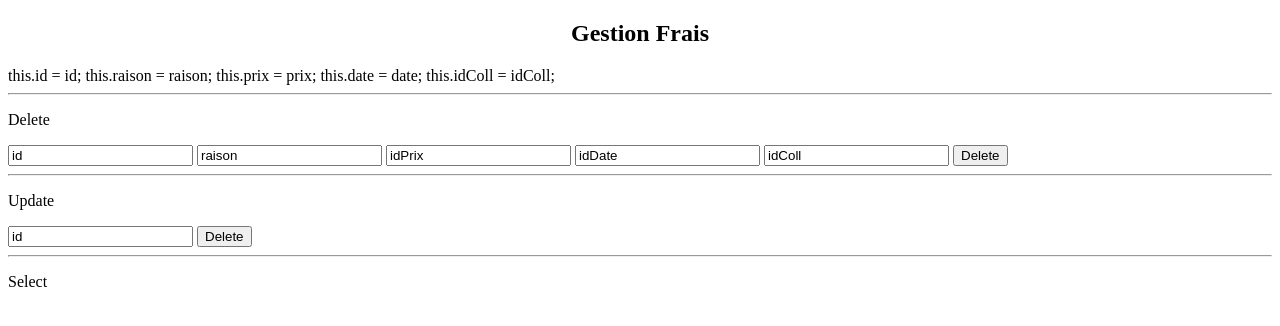
Repository: Shakibaei-2020/cra_spring_web
Page: http://localhost/cra/WEB-INF/view/AdminGestionFrais.jsp
These files come from the project's save history. The page is drawn as it stood at one moment and after the next save; the edit follows.
The browser window is 1280 px wide. The pictures show the whole page.
The page is served by Tomcat 9. Nobody is signed in. Other server files are loaded and not shown. The template is opened directly, without the code that normally fills it, so the values that code supplies are empty.

Above is the page before, as saved 2021-04-22 10:11:57.

### Wrokspace Spring Projet Web/cra/src/main/webapp/WEB-INF/view/AdminGestionFrais.jsp
<%@ page language="java" contentType="text/html; charset=ISO-8859-1"
    pageEncoding="ISO-8859-1"%>
<!DOCTYPE html>
<html>
<head>
<meta charset="ISO-8859-1">
<title>Insert title here</title>
</head>
<body>
<center><h2> Gestion Frais</h2></center>

	this.id = id;
		this.raison = raison;
		this.prix = prix;
		this.date = date;
		this.idColl = idColl;


<!-- **********************************DELETE************************************** -->
<hr>
<p>Delete</p>

<form method="post" action="/home/DeleteFrais" method="post">
<input name="fieldId" type="text" value="id" />
<input name="fieldRaison" type="text" value="raison" />
<input name="fieldPrix" type="text" value="idPrix" />
<input name="fieldDate" type="text" value="idDate" />
<input name="fieldIdColl" type="text" value="idColl" />


<input type="submit" value="Delete"/>
</form>
<!-- **********************************UPDATE************************************** -->
<hr>
<p>Update</p>
<form method="post" action="/home/DeleteFrais" method="post">
<input name="fieldId" type="text" value="id" />

<input type="submit" value="Delete"/>
</form>
<!-- **********************************SELECT************************************** -->
<hr>
<p>Select</p>


</body>
</html>

After the next save:
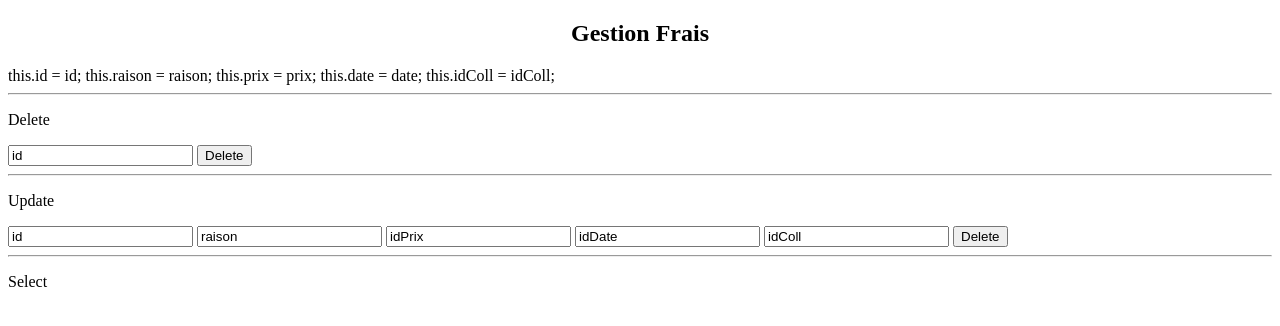
Saved 14 s later.
--- a/Wrokspace Spring Projet Web/cra/src/main/webapp/WEB-INF/view/AdminGestionFrais.jsp
+++ b/Wrokspace Spring Projet Web/cra/src/main/webapp/WEB-INF/view/AdminGestionFrais.jsp
@@ -22,10 +22,7 @@
 
 <form method="post" action="/home/DeleteFrais" method="post">
 <input name="fieldId" type="text" value="id" />
-<input name="fieldRaison" type="text" value="raison" />
-<input name="fieldPrix" type="text" value="idPrix" />
-<input name="fieldDate" type="text" value="idDate" />
-<input name="fieldIdColl" type="text" value="idColl" />
+
 
 
 <input type="submit" value="Delete"/>
@@ -34,7 +31,12 @@
 <hr>
 <p>Update</p>
 <form method="post" action="/home/DeleteFrais" method="post">
+
 <input name="fieldId" type="text" value="id" />
+<input name="fieldRaison" type="text" value="raison" />
+<input name="fieldPrix" type="text" value="idPrix" />
+<input name="fieldDate" type="text" value="idDate" />
+<input name="fieldIdColl" type="text" value="idColl" />
 
 <input type="submit" value="Delete"/>
 </form>
